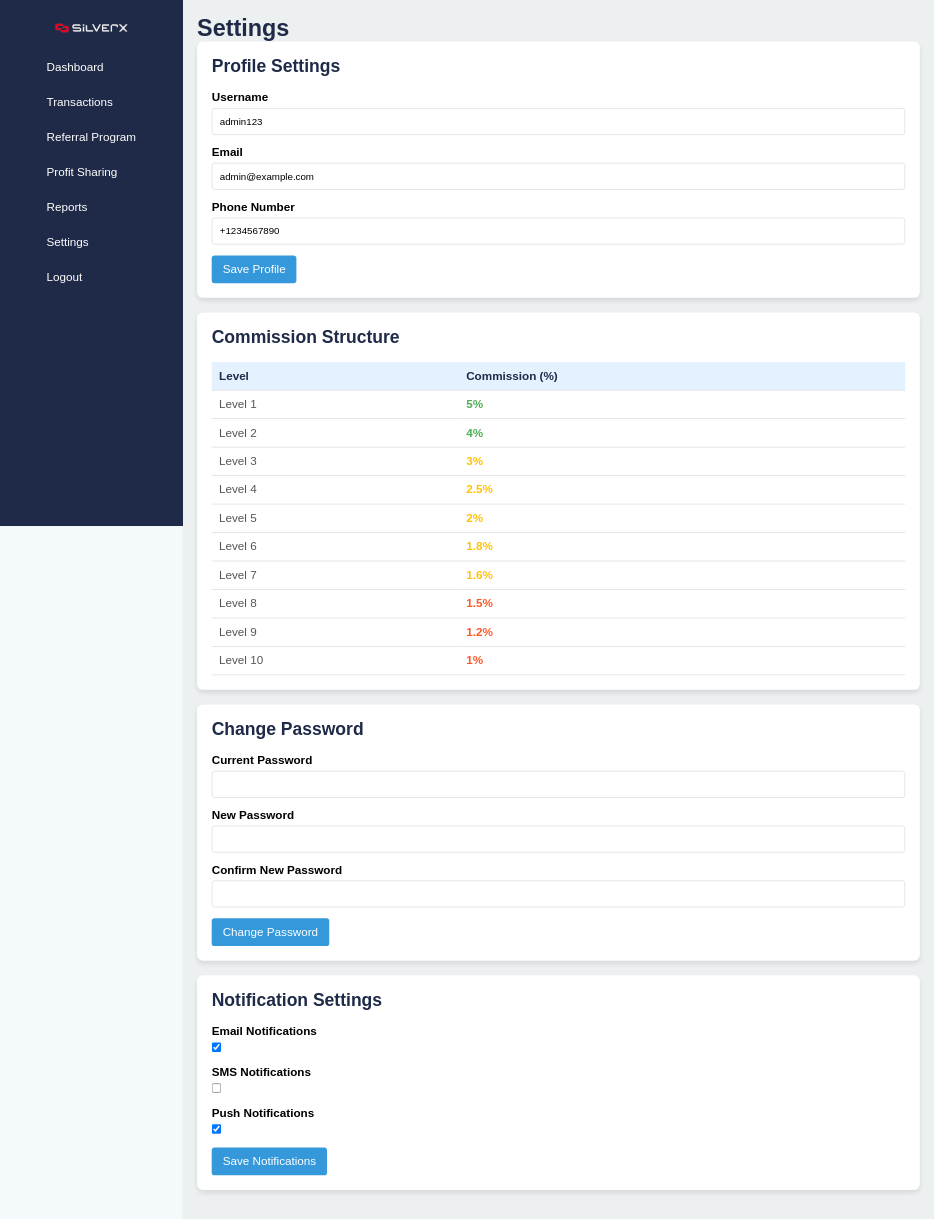
Repository: 2025silverx/slivedrX
Page: setting.html
An editor plug-in stored every save of this project. The page is shown before and after the next save, followed by the edit.
The browser window is 1280 px wide. The pictures show the whole page, at 73% of full size.

Above is the page before, as saved 2025-01-19 14:22:33.

After the next save:
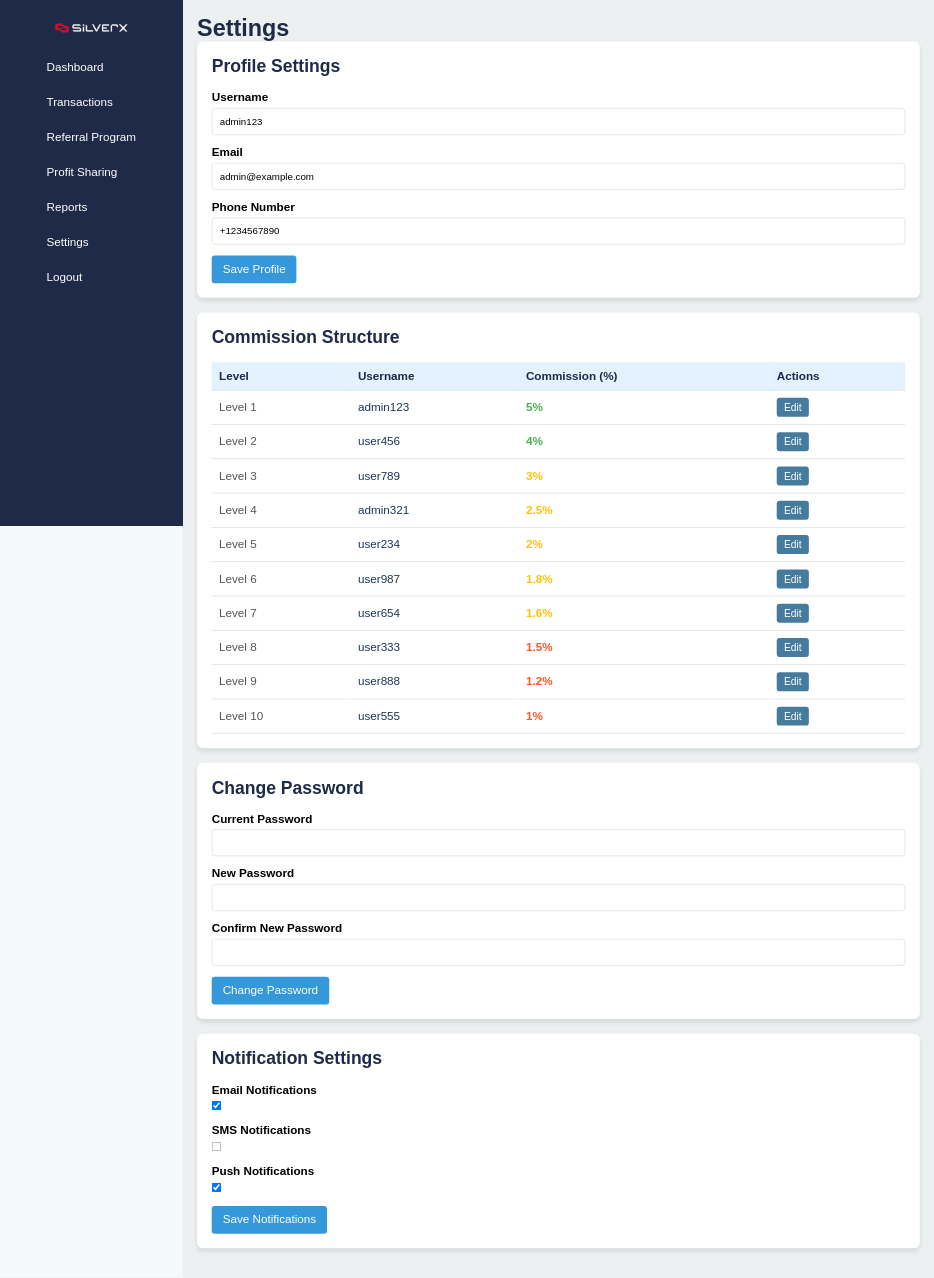
Saved 46 s later.
--- a/setting.html
+++ b/setting.html
@@ -49,55 +49,78 @@
         </div>
 
         <!-- Commission Structure Table -->
+<!-- Commission Structure Table -->
 <div class="settings-section">
     <h2>Commission Structure</h2>
     <table class="commission-table">
         <thead>
             <tr>
                 <th>Level</th>
+                <th>Username</th>
                 <th>Commission (%)</th>
+                <th>Actions</th>
             </tr>
         </thead>
         <tbody>
             <tr>
                 <td>Level 1</td>
+                <td><span class="username">admin123</span></td>
                 <td><span class="high">5%</span></td>
+                <td><button class="edit-btn">Edit</button></td>
             </tr>
             <tr>
                 <td>Level 2</td>
+                <td><span class="username">user456</span></td>
                 <td><span class="high">4%</span></td>
+                <td><button class="edit-btn">Edit</button></td>
             </tr>
             <tr>
                 <td>Level 3</td>
+                <td><span class="username">user789</span></td>
                 <td><span class="medium">3%</span></td>
+                <td><button class="edit-btn">Edit</button></td>
             </tr>
             <tr>
                 <td>Level 4</td>
+                <td><span class="username">admin321</span></td>
                 <td><span class="medium">2.5%</span></td>
+                <td><button class="edit-btn">Edit</button></td>
             </tr>
             <tr>
                 <td>Level 5</td>
+                <td><span class="username">user234</span></td>
                 <td><span class="medium">2%</span></td>
+                <td><button class="edit-btn">Edit</button></td>
             </tr>
             <tr>
                 <td>Level 6</td>
+                <td><span class="username">user987</span></td>
                 <td><span class="medium">1.8%</span></td>
+                <td><button class="edit-btn">Edit</button></td>
             </tr>
             <tr>
                 <td>Level 7</td>
+                <td><span class="username">user654</span></td>
                 <td><span class="medium">1.6%</span></td>
+                <td><button class="edit-btn">Edit</button></td>
             </tr>
             <tr>
                 <td>Level 8</td>
+                <td><span class="username">user333</span></td>
                 <td><span class="low">1.5%</span></td>
+                <td><button class="edit-btn">Edit</button></td>
             </tr>
             <tr>
                 <td>Level 9</td>
+                <td><span class="username">user888</span></td>
                 <td><span class="low">1.2%</span></td>
+                <td><button class="edit-btn">Edit</button></td>
             </tr>
             <tr>
                 <td>Level 10</td>
+                <td><span class="username">user555</span></td>
                 <td><span class="low">1%</span></td>
+                <td><button class="edit-btn">Edit</button></td>
             </tr>
         </tbody>
     </table>
